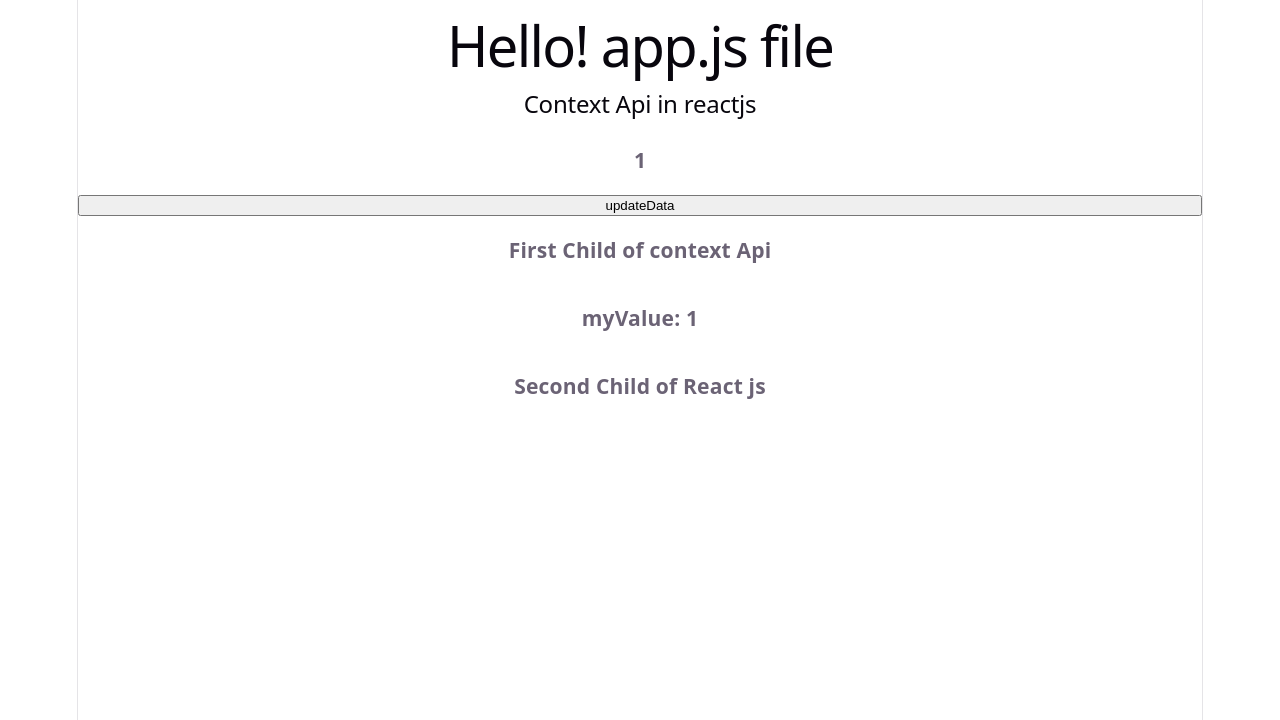
Repository: Gulzarokz/React_Course_Review
Page: / (app in vite-Project/)
An editor plug-in stored every save of this project. The page is shown before and after the next save, followed by the edit.
The browser window is 1280 px wide. The pictures show the whole page.
The project was rebuilt for these pictures with package versions that can differ from the ones it lists, and the page was loaded fresh each time. Also part of the build but not shown: vite-Project/vite.config.js.

Above is the page before, as saved 2026-04-23 12:08:12.

After the next save:
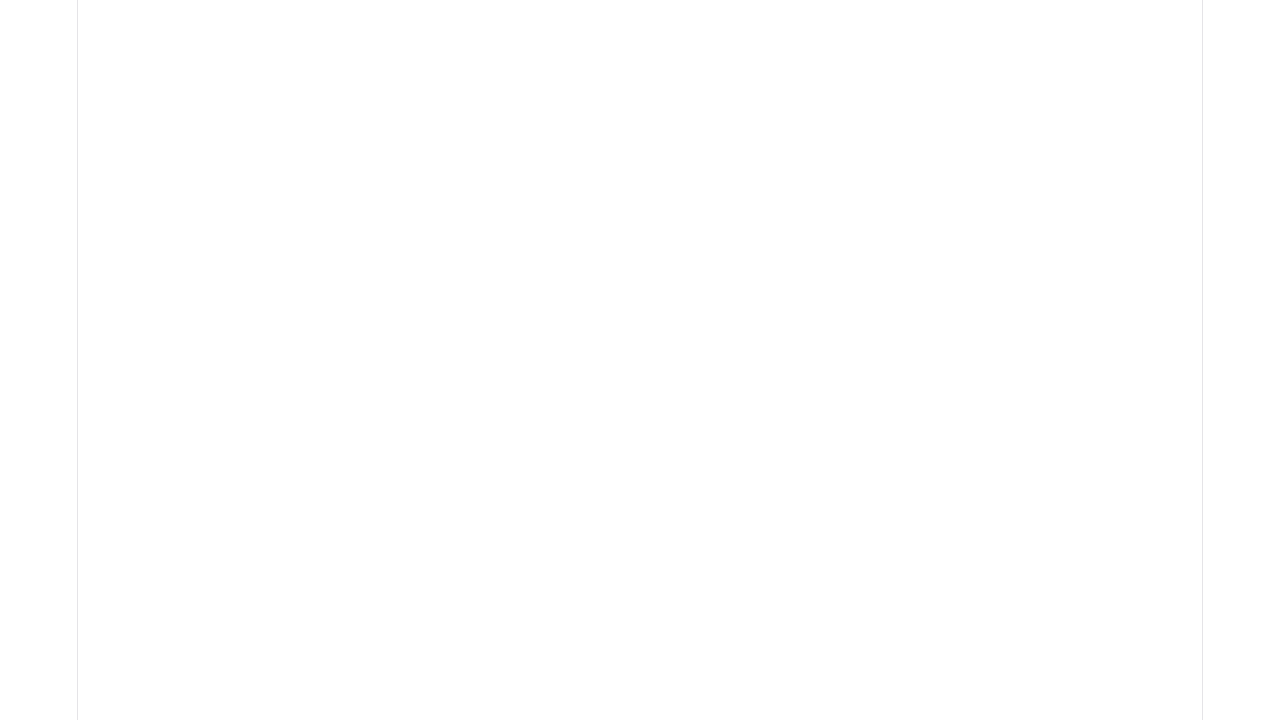
Console error: TypeError: Cannot read properties of undefined (reading '$$typeof')
Saved 24 min 12 s later.
--- a/vite-Project/src/SecondChild.jsx
+++ b/vite-Project/src/SecondChild.jsx
@@ -1,6 +1,8 @@
-import React from 'react'
+import React, { useContext } from 'react'
+import { myData } from './ContextApiHook'
 
 const SecondChild = () => {
+    const { myData } = useContext();
     return (
         <>
             <h3>Second Child of React js</h3>

After the 2 saves that followed:
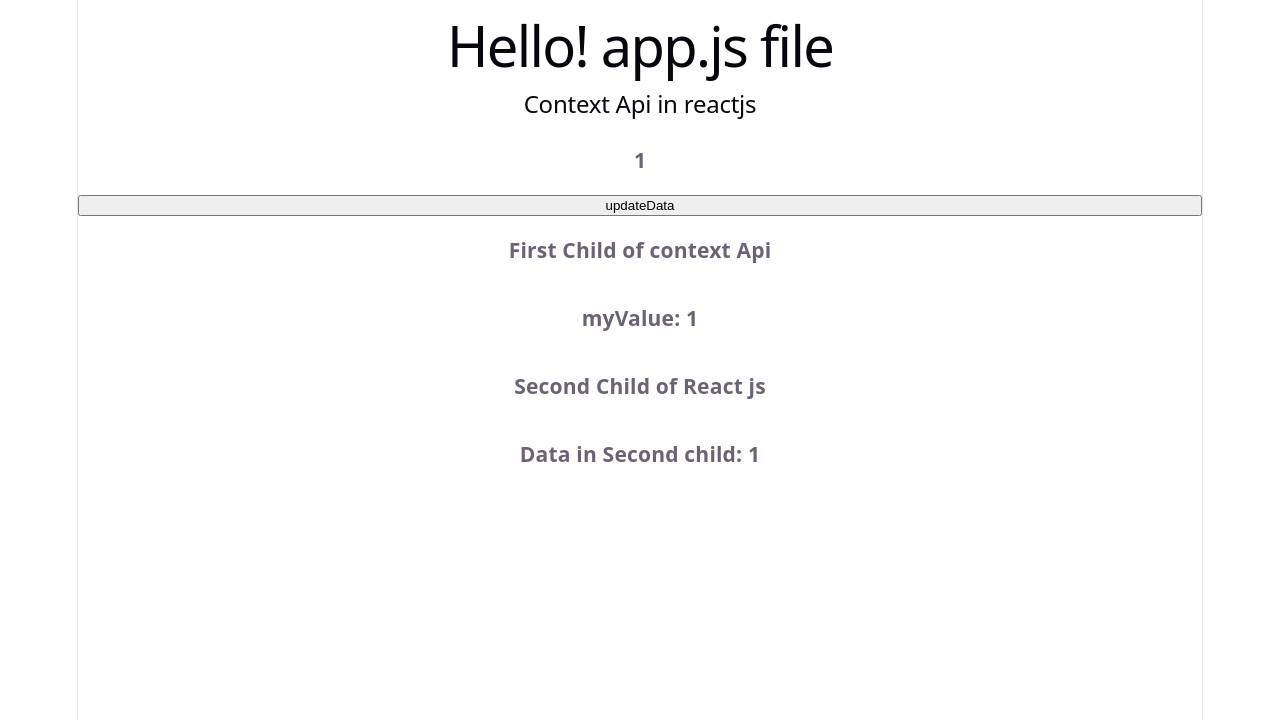
The error is gone.
The 2 saves are shown as one change because 1 left the picture as it was.
The last was saved 76 s later.
--- a/vite-Project/src/SecondChild.jsx
+++ b/vite-Project/src/SecondChild.jsx
@@ -2,10 +2,11 @@
 import { myData } from './ContextApiHook'
 
 const SecondChild = () => {
-    const { myData } = useContext();
+    const { valueData } = useContext(myData);
     return (
         <>
             <h3>Second Child of React js</h3>
+            <h3>Data in Second child: {valueData}</h3>
         </>
     )
 }
